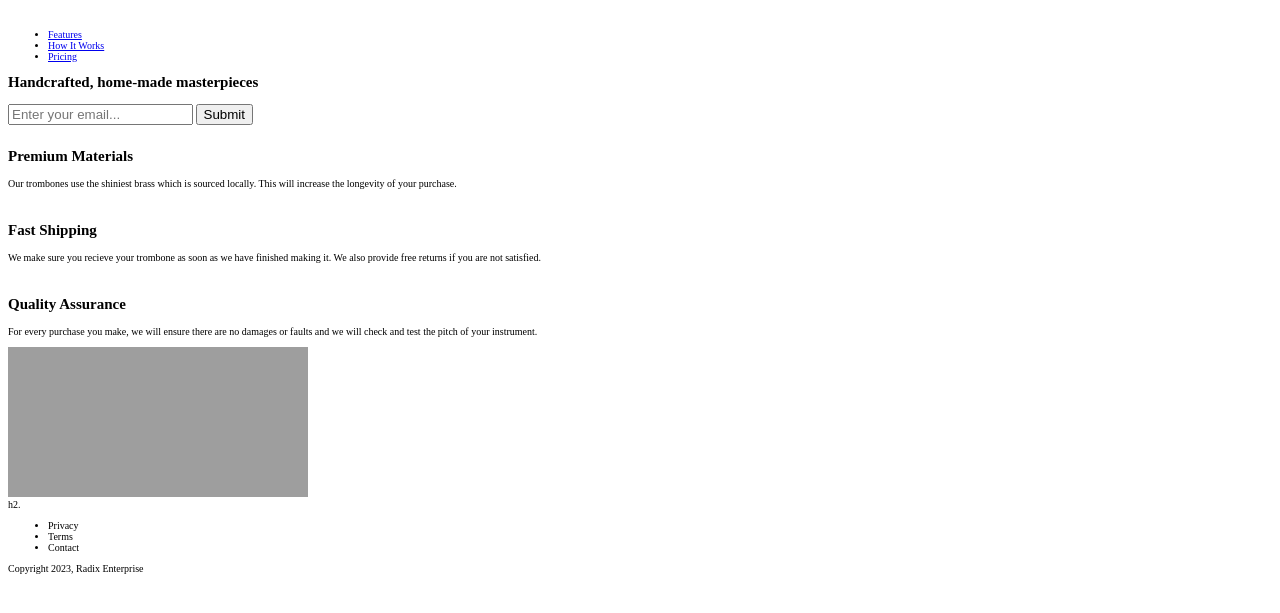
Repository: Lungdjos/product_landing_page_certification
Page: index.html
An editor plug-in stored every save of this project. The page is shown before and after a run of saves, followed by the edit.
The browser window is 1280 px wide. The pictures show the whole page.
Pictures or frames that could not be fetched are drawn as grey boxes.

Above is the page before, as saved 2023-12-17 23:47:14.

After the next 6 saves:
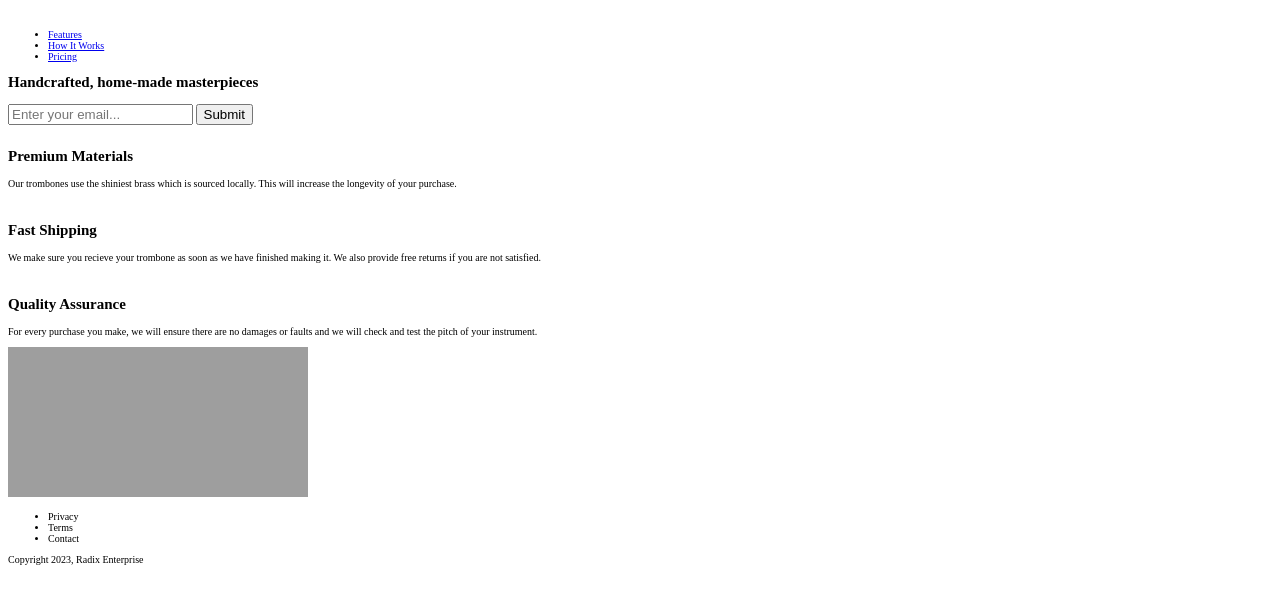
The 6 saves are shown as one change because they came seconds apart.
The last was saved 14 s later.
--- a/index.html
+++ b/index.html
@@ -56,7 +56,7 @@
         </section>
         <section id="pricing">
             <div class="item1">
-                h2.
+                <h2 class="title-price"></h2>
             </div>
             <div class="item2"></div>
             <div class="item3"></div>
